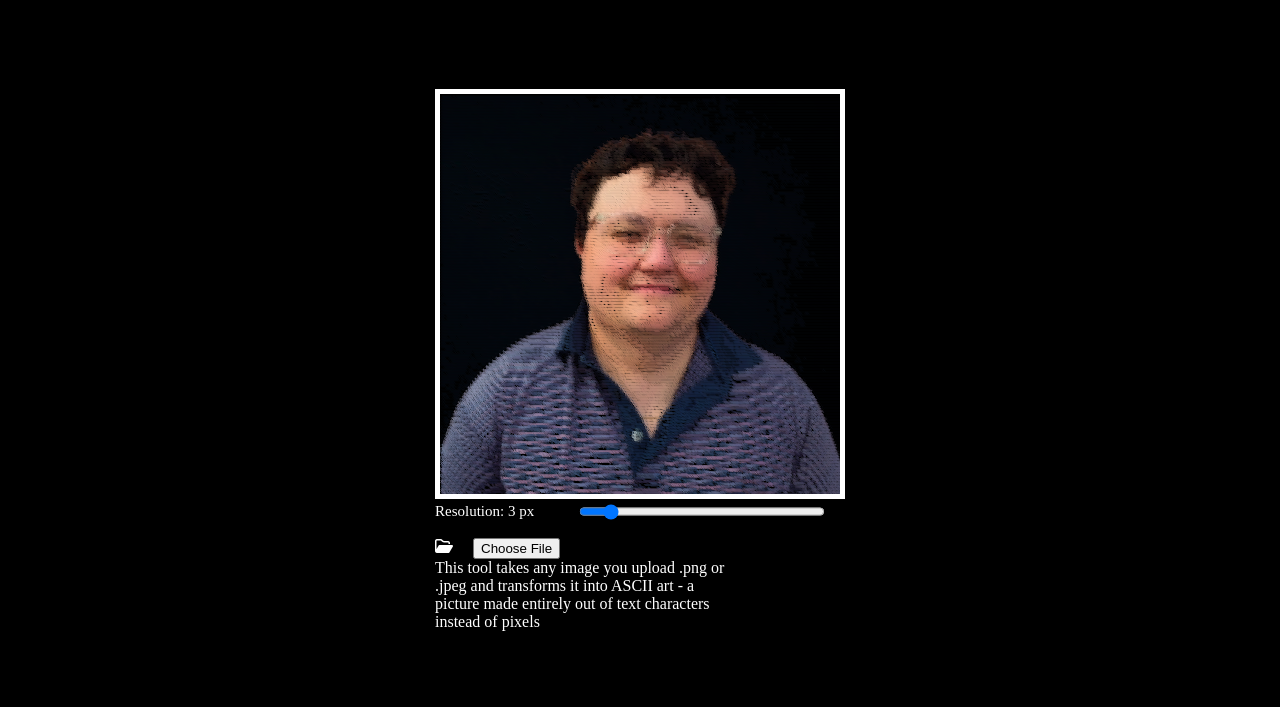
Repository: rosieomusic/ascii-art
Page: index.html
An editor plug-in stored every save of this project. The page is shown before and after the next save, followed by the edit.
The browser window is 1280 px wide. The pictures show the whole page.
Some web fonts or font styles are not loaded; a fallback is used. Some web libraries are served in a nearby version.

Above is the page before, as saved 2025-05-06 16:18:17.

### index.html
<!DOCTYPE html>
<html>
	<head>
		<meta charset="UTF-8" />
		<meta
			http-equiv="X-UA-Compatible"
			content="IE-edge"
		/>
		<title>Pixels</title>
		<link
			rel="stylesheet"
			href="styles.css"
		/>
		<link
			rel="preconnect"
			href="https://fonts.googleapis.com"
		/>
		<link
			rel="preconnect"
			href="https://fonts.gstatic.com"
			crossorigin
		/>
		<link
			href="https://fonts.googleapis.com/css2?family=Cal+Sans&family=Domine:wght@400..700&family=Roboto+Mono:wght@100..700&family=Rubik:wght@800&display=swap"
			rel="stylesheet"
		/>
		<script
			src="https://kit.fontawesome.com/56e0d45a0e.js"
			crossorigin="anonymous"
		></script>
	</head>
	<body>
		<div class="container">
			<canvas id="canvas1"></canvas>
			<div class="controls">
				<label
					for="resolution"
					id="resolutionLabel"
					>Resolution 5 px</label
				>
				<input
					type="range"
					id="resolution"
					name="resolution"
					min="1"
					max="20"
					value="3"
				/>
			</div>
			<br />
			<div id="upload">
				<i class="fa-regular fa-folder-open"></i>
				<input
					type="file"
					id="imageUpload"
					accept="image/*"
				/>
				<pre id="ascii-output"></pre>
				<canvas
					id="canvas2"
					style="display: none"
				></canvas>
			</div>
			<div id="explaination">
				<p>
					This tool takes any image you upload .png or .jpeg and transforms it
					into ASCII art - a picture made entirely out of text characters
					instead of pixels
				</p>
			</div>
		</div>

		<script src="script.js"></script>
	</body>
</html>

### styles.css
* {
	margin: 0;
	padding: 0;
	/* box-sizing: border-box; */
}
body {
	background: black;
}
.container {
	position: absolute;
	top: 50%;
	left: 50%;
	transform: translate(-50%, -50%);
}
#canvas1 {
	border: 5px solid white;
}
.controls {
	display: flex;
}
.controls > input {
	width: 60%;
}
.controls > label {
	font-family: 'Roboto Mono, monospace';
	width: 35%;
	color: white;
	font-size: 15px;
}
i {
	color: white;
	margin-right: 20px;
}
#upload {
	display: flex;
}
button {
	border-radius: 20px;
}

#explaination {
	width: 300px;
	color: white;
}

### script.js
const inputSlider = document.getElementById('resolution');
const inputLabel = document.getElementById('resolutionLabel');
const canvas = document.getElementById('canvas1');
const ctx = canvas.getContext('2d');

const image1 = new Image();
image1.src = 'img/roseomalleyheadshotblack.png';
inputSlider.addEventListener('change', handleSlider);

const imageUpload = document.getElementById('imageUpload');

imageUpload.addEventListener('change', function (event) {
	const file = event.target.files[0];
	if (!file) return;

	const reader = new FileReader();
	reader.onload = function (e) {
		image1.src = e.target.result; // This re-triggers image1.onload
	};
	reader.readAsDataURL(file);
});

class Cell {
	constructor(x, y, symbol, color, size) {
		this.x = x;
		this.y = y;
		this.symbol = symbol;
		this.color = color;
		this.size = size;
		//this.padding = this.size * 0.2;
	}
	draw(ctx) {
		ctx.font = `${this.size * 2}px Courier New`;
		//ctx.fillStyle = 'yellow';
		ctx.fillText(this.symbol, this.x + 1, this.y + 1, +this.size);

		ctx.fillStyle = this.color;
		ctx.fillText(this.symbol, this.x, this.y, this.size);
		ctx.textBaseline = 'top';
	}
}
class AsciiEffect {
	#imageCellArray = [];
	#pixels = [];
	#ctx;
	#width;
	#height;
	constructor(ctx, width, height) {
		this.#ctx = ctx;
		this.#width = width;
		this.#height = height;
		this.#ctx.drawImage(image1, 0, 0, this.#width, this.#height);
		this.#pixels = this.#ctx.getImageData(0, 0, this.#width, this.#height);
		//console.log(this.#pixels.data);
	}
	#convertToSymbol(g) {
		// @#W$9876543210?!abc;:+=-,._
		// .,:ilwW"
		// '$@B%8&WM#*oahkbdpqwmZO0QLCJUYXzcvunxrjft/|()1{}[]?-_+~<>i!lI;:,"^`'
		//`^",:;Il!i><~+_-?][}{1)(|/tfjrxnuvczXYUJCLQ0OZmwqpdbkhao*#MW&8%B@$

		const asciiGradient =
			' .`^",:;Il!i><~+_-?][}{1)(|/tfjrxnuvczXYUJCLQ0OZmwqpdbkhao*#MW&8%B@$';

		const index = Math.floor((g / 255) * (asciiGradient.length - 1));
		return asciiGradient[index];
	}

	#scanImage(cellSize) {
		this.#imageCellArray = [];
		const stepX = Math.floor(cellSize * 0.6);
		const stepY = cellSize;
		for (let y = 0; y < this.#pixels.height; y += stepY) {
			for (let x = 0; x < this.#pixels.width; x += stepX) {
				if (x >= this.#pixels.width || y >= this.#pixels.height) continue;
				const posX = x * 4;
				const posY = y * 4;
				const pos = (y * this.#pixels.width + x) * 4;

				if (this.#pixels.data[pos + 3] > 128) {
					const red = this.#pixels.data[pos];
					const green = this.#pixels.data[pos + 1];
					const blue = this.#pixels.data[pos + 2];
					const grayscale = 0.2126 * red + 0.7152 * green + 0.0722 * blue;

					//const color = 'yellow';
					//const color = grayscale > 110 ? 'white' : 'black';
					const total = red + green + blue;
					const averageColorValue = total / 3;
					const color = `rgb(${red}, ${green}, ${blue})`;
					const symbol = this.#convertToSymbol(averageColorValue);
					if (symbol)
						this.#imageCellArray.push(new Cell(x, y, symbol, color, cellSize));
				}
			}
		}
		//console.log(this.#imageCellArray);
	}
	#drawAscii() {
		this.#ctx.clearRect(0, 0, this.#width, this.#height);
		for (let i = 0; i < this.#imageCellArray.length; i++) {
			this.#imageCellArray[i].draw(this.#ctx);
		}
	}
	draw(cellSize) {
		this.#scanImage(cellSize);
		this.#drawAscii();
	}
}
let effect;
function handleSlider() {
	//console.log('Slider value: ', inputSlider.value);
	if (inputSlider.value == 1) {
		inputLabel.innerHTML = 'Original Image';
		ctx.drawImage(image1, 0, 0, canvas.width, canvas.height);
	} else {
		inputLabel.innerHTML = 'Resolution: ' + inputSlider.value + ' px';
		ctx.font = parseInt(inputSlider.value) * 2 + 'px Courier New';
		effect.draw(parseInt(inputSlider.value));
	}
}
image1.onload = function initialize() {
	//console.log('Image loaded: ', image1.src);
	//console.log('Image dimiensions: ', image1.width, image1.height);
	const maxDimension = 550;

	let scale = Math.min(
		maxDimension / image1.width,
		maxDimension / image1.height,
		1
	);

	const scaledWidth = image1.width * scale;
	const scaledHeight = image1.height * scale;
	canvas.width = scaledWidth;
	canvas.height = scaledHeight;

	ctx.clearRect(0, 0, canvas.width, canvas.height);
	ctx.drawImage(image1, 0, 0, scaledWidth, scaledHeight);

	effect = new AsciiEffect(ctx, scaledWidth, scaledHeight);
	//effect.draw(parseInt(inputSlider.value));

	const base64Image = canvas.toDataURL(image1);
	//console.log('Base64 image:', base64Image);

	handleSlider();
};
const string =
	'$@B%8&WM#*oahkbdpqwmZO0QLCJUYXzcvunxrjft/|()1{}[]?-_+~<>i!lI;:,"^`';

function reverseString(str) {
	const reversed = str.split('').reverse().join('');
	console.log(reversed);
	return reversed;
}

reverseString(string);

After the next save:
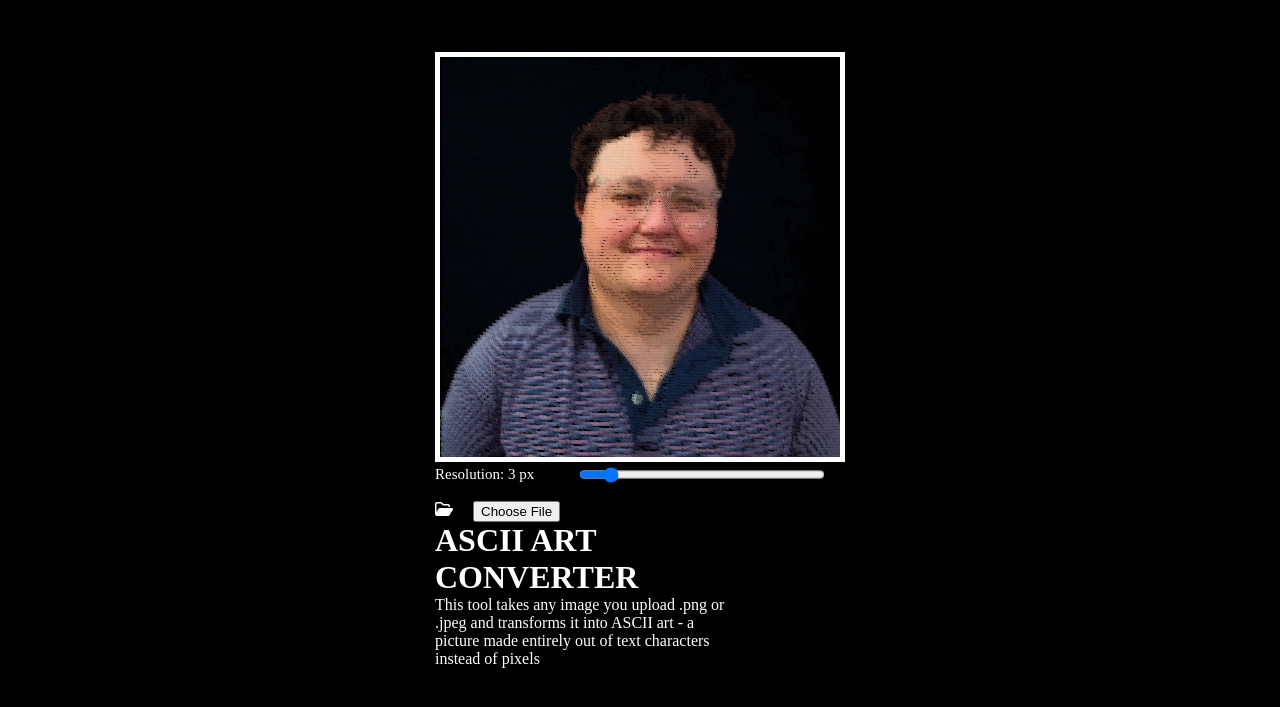
Saved 27 s later.
--- a/index.html
+++ b/index.html
@@ -62,6 +62,7 @@
 				></canvas>
 			</div>
 			<div id="explaination">
+				<h1>ASCII ART CONVERTER</h1>
 				<p>
 					This tool takes any image you upload .png or .jpeg and transforms it
 					into ASCII art - a picture made entirely out of text characters
